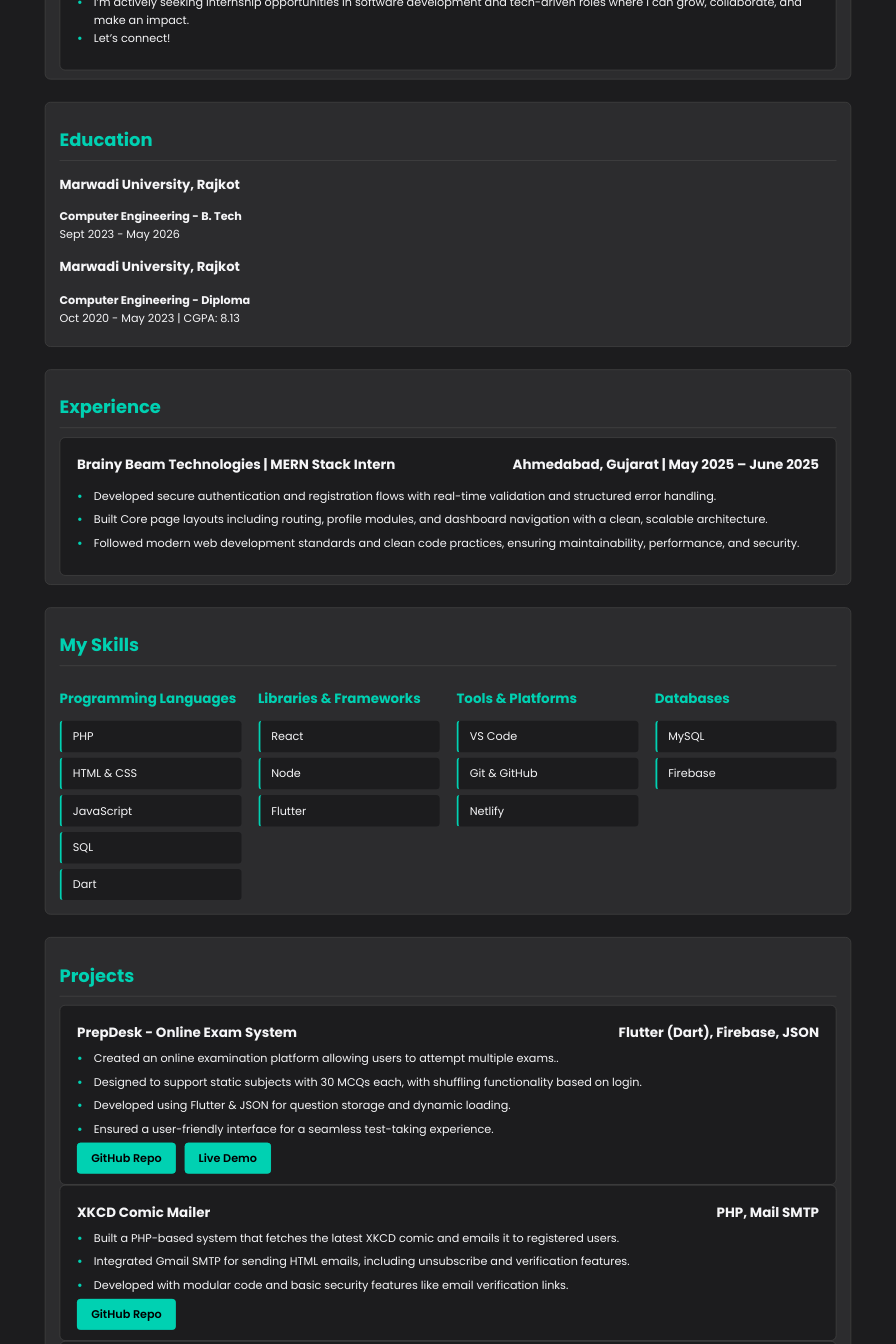
Repository: NikunjRajpara/portfolio
Page: index.html
These files come from the project's save history. The page is drawn as it stood at one moment and after the next save; the edit follows.
The browser window is 1280 px wide. The pictures show the part of the page from y = 682 to 2602 px (the page is 3628 px tall before and 3609 px after), at 70% of full size.

Above is the page before, as saved 2025-07-23 11:06:12.

After the next save:
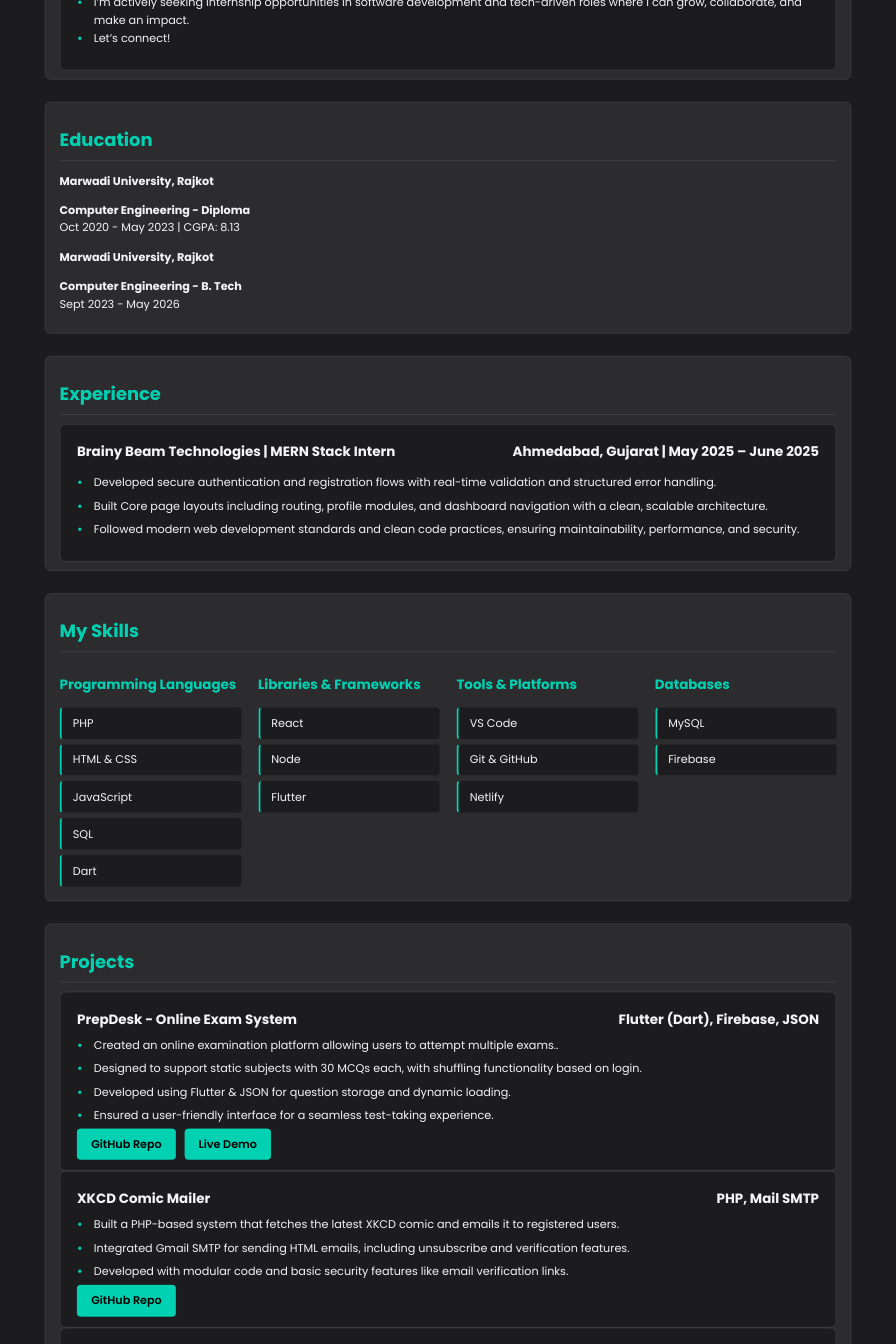
Saved 3 min 27 s later.
--- a/index.html
+++ b/index.html
@@ -58,12 +58,12 @@
 <section id="education">
   <h2>Education</h2>
   <div class="education-item">
-    <h3>Marwadi University, Rajkot</h3>
+    <p><strong>Marwadi University, Rajkot</strong></p>
+    <p><strong>Computer Engineering - Diploma</strong><br>Oct 2020 - May 2023 | CGPA: 8.13</p>
+  </div>
+  <div class="education-item">
+    <p><strong>Marwadi University, Rajkot</strong></p>
     <p><strong>Computer Engineering - B. Tech</strong><br>Sept 2023 - May 2026</p>
-  </div>
-  <div class="education-item">
-    <h3>Marwadi University, Rajkot</h3>
-    <p><strong>Computer Engineering - Diploma</strong><br>Oct 2020 - May 2023 | CGPA: 8.13</p>
   </div>
 </section>
 
